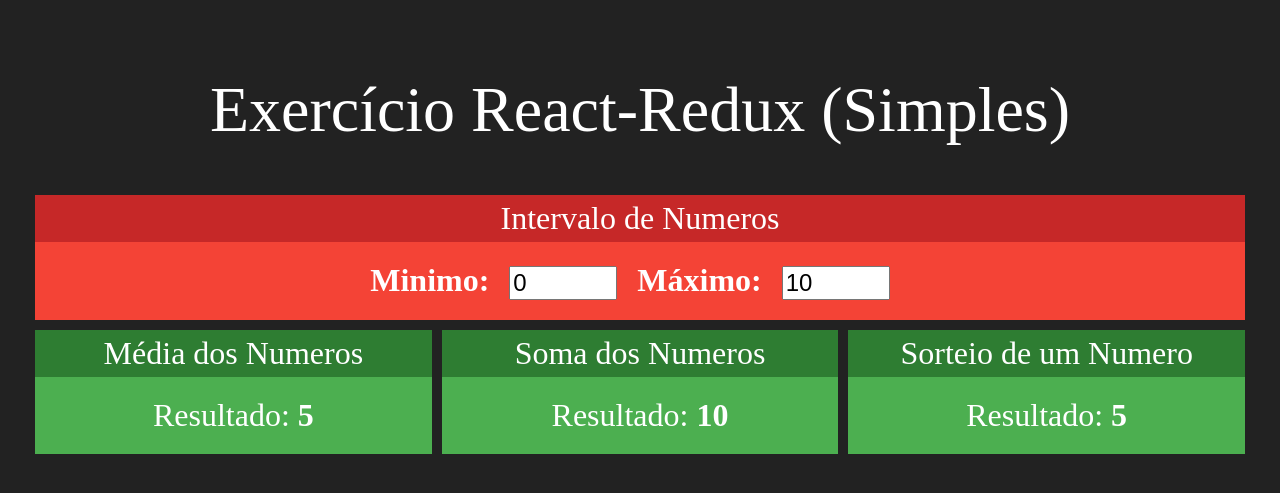
Repository: eversonps/redux-simples
Page: /
The author's editor kept a copy of each file at every save. The page is drawn from the files as they stood at one save, then again after the next save.
The browser window is 1280 px wide. The pictures show the whole page.
The project was rebuilt for these pictures with package versions that can differ from the ones it lists, and the page was loaded fresh each time.

Above is the page before, as saved 2022-03-11 13:13:13.

After the next save:
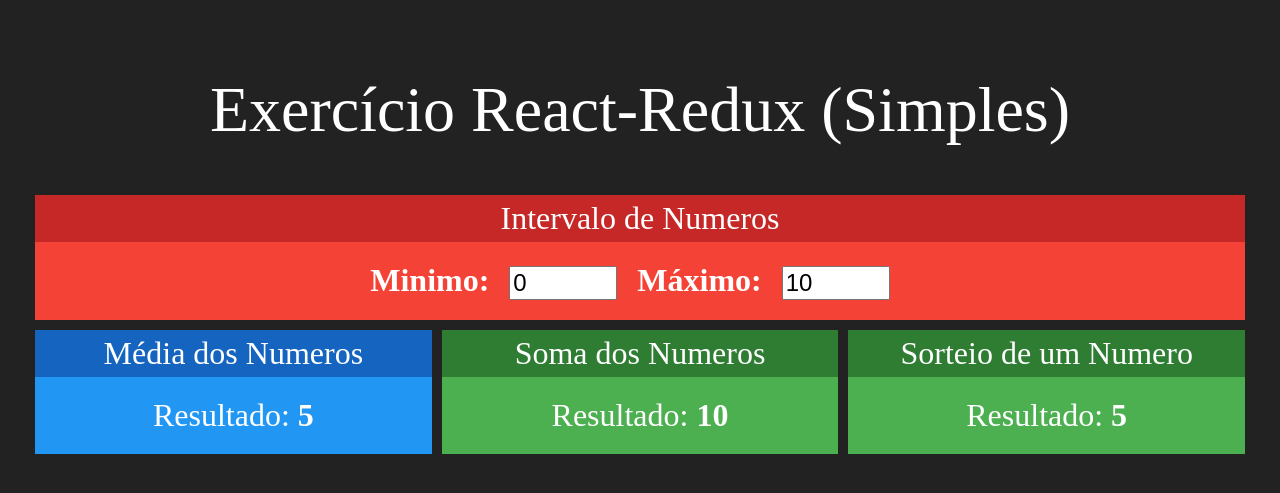
Saved 16 s later.
--- a/src/components/Media.jsx
+++ b/src/components/Media.jsx
@@ -3,7 +3,7 @@ import Card from "./Card"
 
 export default props => {
     return (
-        <Card title="Média dos Numeros" green>
+        <Card title="Média dos Numeros" blue>
             <div>
                 <span>
                     <span>Resultado: </span>
